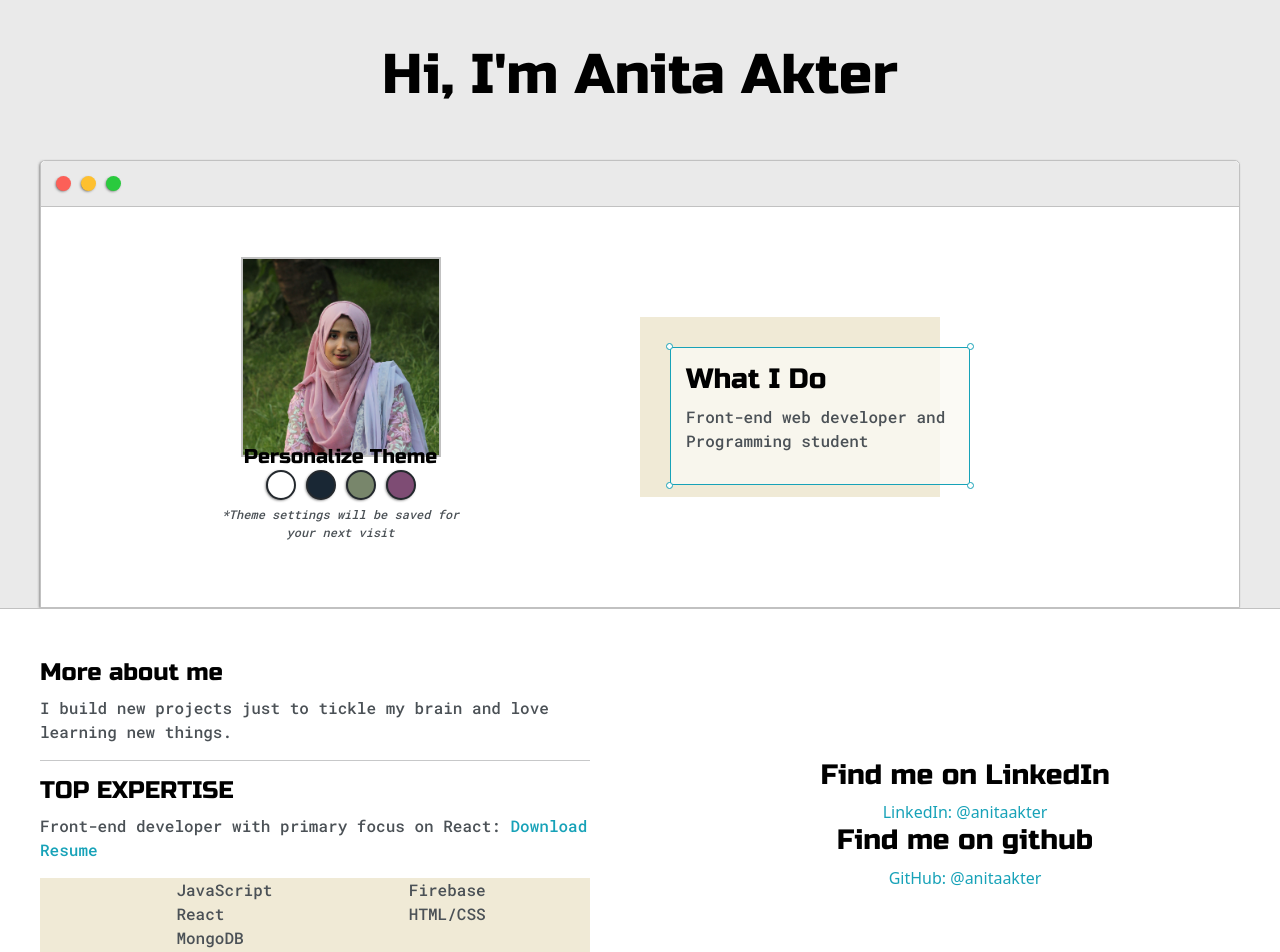
Repository: AnitaAkter/My_portfolio
Page: index.html
The author's editor kept a copy of each file at every save. The page is drawn from the files as they stood at one save, then again after the next save.
The browser window is 1280 px wide. The pictures show the part of the page from y = 0 to 952 px (the page is 2556 px tall).

Above is the page before, as saved 2022-12-10 13:35:54.

### index.html
<!DOCTYPE html>
<html>

<head>
	<title>Anita Akter</title>

	<meta name="viewport" content="width=device-width, initial-scale=1, maximum-scale=1, minimum-scale=1" />

	<link href="https://fonts.googleapis.com/css2?family=Russo+One&display=swap" rel="stylesheet">

	<link href="https://fonts.googleapis.com/css2?family=Roboto+Mono:wght@500&family=Russo+One&display=swap"
		rel="stylesheet">

	<link href="https://cdn.jsdelivr.net/npm/bootstrap@5.0.0-beta1/dist/css/bootstrap.min.css" rel="stylesheet"
		integrity="sha384-giJF6kkoqNQ00vy+HMDP7azOuL0xtbfIcaT9wjKHr8RbDVddVHyTfAAsrekwKmP1" crossorigin="anonymous">

	<link rel="stylesheet" type="text/css" href="default.css">

	<link id="theme-style" rel="stylesheet" type="text/css" href="">
</head>

<body>

	<!-- Landing section -->

	<section class="s1">
		<div class="main-container">
			<div class="greeting-wrapper">
				<h1>Hi, I'm Anita Akter</h1>
			</div>

			<div class="intro-wrapper">
				<div class="nav-wrapper">

					<!-- Link around dots-wrapper added after tutorial video -->

					<a href="index.html">
						<div class="dots-wrapper">
							<div id="dot-1" class="browser-dot"></div>
							<div id="dot-2" class="browser-dot"></div>
							<div id="dot-3" class="browser-dot"></div>
						</div>
					</a>


				</div>

				<div class="left-column">
					<img id="profile_pic" src="images/img-1.jpg">
					<h5 style="text-align: center;line-height: 0;">Personalize Theme</h5>

					<div id="theme-options-wrapper">
						<div data-mode="light" id="light-mode" class="theme-dot"></div>
						<div data-mode="blue" id="blue-mode" class="theme-dot"></div>
						<div data-mode="green" id="green-mode" class="theme-dot"></div>
						<div data-mode="purple" id="purple-mode" class="theme-dot"></div>
					</div>

					<p id="settings-note">*Theme settings will be saved for<br>your next visit</p>
				</div>

				<div class="right-column">

					<div id="preview-shadow">
						<div id="preview">
							<div id="corner-tl" class="corner"></div>
							<div id="corner-tr" class="corner"></div>
							<h3>What I Do</h3>
							<p>Front-end web developer and Programming student</p>
							<div id="corner-br" class="corner"></div>
							<div id="corner-bl" class="corner"></div>
						</div>
					</div>
				</div>
			</div>
		</div>
	</section>

	<!-- About me section -->

	<section class="s2">
		<div class="main-container" id="aboutme">

			<div class="about-wrapper">
				<div class="about-me">
					<h4>More about me</h4>

					<p>I build new projects just to tickle my brain and love learning new things.</p>


					<hr>

					<h4>TOP EXPERTISE</h4>

					<p>Front-end developer with primary focus on React: <a target="_blank"
							href="Anita Akter-Resume.pdf">Download Resume</a></p>

					<div id="skills">
						<ul>
							<li>JavaScript</li>
							<li>React</li>

							<li>MongoDB</li>
							<li>NodeJS</li>

						</ul>

						<ul>
							<li>Firebase</li>

							<li>HTML/CSS</li>

						</ul>

					</div>

				</div>

				<div class="social-links">
					<h3>Find me on LinkedIn</h3>
					<a target="_blank" href="https://www.linkedin.com/in/anita-02-akter/">LinkedIn: @anitaakter</a>
					<h3>Find me on github</h3>
					<a target="_blank" href="https://github.com/AnitaAkter">GitHub: @anitaakter</a>
				</div>
			</div>

		</div>
	</section>

	<!-- project portfolio section starts Here -->

	<section class="s1">
		<div class="main-container" id="portfolio">
			<br>
			<h3 style="text-align: center;">Project Portfolio</h3>
			<br>
			<div class="post-wrapper">

				<!-- Project: 1 -->

				<div>
					<div class="post">
						<img class="thumbnail" src="images/netflix-clone.gif">
						<div class="post-preview">
							<h6 class="post-title">Netflix Clone</h6>
							<p class="post-intro">Hobby project with ReactJS, Redux, TMDB API, Firebase with Stripe
								extension.</p>
							<div class="btn-group d-flex" role="group">
								<a target="_blank" href="https://github.com/tasmiarahmantanjin/Netflix_Clone"
									class="sourceCode-btn w-100">Source Code</a>
								<a target="_blank" href="https://netflix-clone-12de9.web.app/"
									class="sourceCode-btn w-100">Live Demo</a>
							</div>
						</div>
					</div>
				</div>

				<!-- Project: 2 -->

				<div>
					<div class="post">
						<img class="thumbnail" src="images/github_finder.jpg">
						<div class="post-preview">
							<h6 class="post-title">GitHub Finder</h6>
							<p class="post-intro">Hobby project to create small web app to search github user using
								React, GitHub API, HTML & CSS.
							</p>
							<div class="btn-group d-flex" role="group">
								<a target="_blank" href="https://github.com/tasmiarahmantanjin/github-finder"
									class="sourceCode-btn w-100">Source
									Code</a>
							</div>
						</div>
					</div>
				</div>

				<!-- Project: 3 -->

				<div>
					<div class="post">
						<img class="thumbnail" src="images/camagru.webp">
						<div class="post-preview">
							<h6 class="post-title">Camagru</h6>
							<p class="post-intro">Instagram like full stack web application using HTML, CSS, Bootstrap,
								JavaScript, MySql, PHP.</p>
							<div class="btn-group d-flex" role="group">
								<a target="_blank" href="https://github.com/tasmiarahmantanjin/camagru"
									class="sourceCode-btn w-100">Source
									Code</a>
							</div>
						</div>
					</div>
				</div>

				<!-- Project: 4 -->

				<div>
					<div class="post">
						<img class="thumbnail" src="images/panda.gif">
						<div class="post-preview">
							<h6 class="post-title">Panda Commerce</h6>
							<p class="post-intro">Hobby project to create simple e-commerce website design with HTML,
								CSS & Bootstrap.</p>
							<div class="btn-group d-flex" role="group">
								<a target="_blank" href="https://github.com/tasmiarahmantanjin/panda-commerce"
									class="sourceCode-btn w-100">Source
									Code</a>
								<a target="_blank" href="https://tasmiarahmantanjin.github.io/panda-commerce/"
									class="sourceCode-btn w-100">Live Demo</a>
							</div>
						</div>
					</div>
				</div>

				<!-- Project: 5 -->

				<div>
					<div class="post">
						<img class="thumbnail" src="images/fillit.gif">
						<div class="post-preview">
							<h6 class="post-title">Fillit</h6>
							<p class="post-intro">Algorithms Practice - Fit tetrimino pieces into the smallest square
								possible using C.</p>
							<div class="btn-group d-flex" role="group">
								<a target="_blank" href="https://github.com/tasmiarahmantanjin/fillit"
									class="sourceCode-btn w-100">Source
									Code</a>
							</div>
						</div>
					</div>
				</div>

				<!-- Project detail: 4 -->

				<!-- <div>
					<div class="post">
						<img class="thumbnail" src="images/libft.gif">
						<div class="post-preview">
							<h6 class="post-title">Libft</h6>
							<p class="post-intro">Recoded 60+ standard library function and my own functions which I can use for my later on Hive Helsinki Projects.</p>
							<a target="_blank" href="https://github.com/tasmiarahmantanjin/libft">Source Code</a>
						</div>
					</div>
				</div> -->

				<!-- Project detail: 5 -->

				<!-- <div>
					<div class="post">
						<img class="thumbnail" src="images/roger.gif">
						<div class="post-preview">
							<h6 class="post-title">Roger Skyline 1</h6>
							<p class="post-intro">In Roger-skyline-1, I learned how to host and set up my own web server, how to install and manage several services and secure them against attacks.
							</p>
							<a target="_blank" href="https://github.com/tasmiarahmantanjin/roger_skyline_1">Source Code</a>
						</div>
					</div>
				</div> -->

				<!-- Project detail: 6 -->

				<div>
					<div class="post">
						<img class="thumbnail" src="images/docker.gif">
						<div class="post-preview">
							<h6 class="post-title">Docker-1
							</h6>
							<p class="post-intro">The aim of the Docker-1 project was to make you handle docker and
								docker-machine and dockerfile.
							</p>
							<div class="btn-group d-flex" role="group">
								<a target="_blank" href="https://github.com/tasmiarahmantanjin/docker-1"
									class="btn sourceCode-btn w-100">Source
									Code</a>
							</div>
						</div>
					</div>
				</div>
			</div>
		</div>
	</section>

	<!-- Project details section ends here -->

	<section class="s2">
		<div class="main-container">
			<a href=""></a>
			<br>
			<h3 style="text-align: center;">Get In Touch</h3>
			<br>
			<form id="contact-form">
				<a name="contact"></a>

				<label>Name</label>
				<input class="input-field" type="text" name="name">

				<label>Subject</label>
				<input class="input-field" type="text" name="subject">

				<label>Email</label>
				<input class="input-field" type="text" name="email">

				<label>Message</label>
				<textarea class="input-field" name="message"></textarea>

				<input id="submit-btn" type="submit" value="Send">
			</form>
		</div>
	</section>

	<script type="text/javascript" src="script.js"></script>
</body>

</html>

### default.css
:root{
	--mainColor:#eaeaea;
	--secondaryColor:#fff;

	--borderColor:#c1c1c1;

	--mainText:black;
	--secondaryText:#4b5156;

	--themeDotBorder:#24292e;

	--previewBg:rgb(251, 249, 243, 0.8);
	--previewShadow:#f0ead6;


	--buttonColor:black;


}


html, body{
	padding: 0;
	margin: 0;
	scroll-behavior: smooth;
}

body *{
	transition: 0.3s;
}


h1, h2, h3, h4, h5, h6, strong{
	color: var(--mainText);
	font-family: 'Russo One', sans-serif;
	font-weight: 500;
}

p, li, span, label, input, textarea{
	color: var(--secondaryText);
	font-family: 'Roboto Mono', monospace;
}

a{
	text-decoration: none;
	color:#17a2b8;
}

ul{
	list-style: none;
}

h1 { font-size: 56px;}
h2 { font-size: 36px;}
h3 { font-size: 28px;}
h4 { font-size: 24px;}
h5 { font-size: 20px;}
h6 { font-size: 16px;}


.s1{
	background-color: var(--mainColor);
	border-bottom:1px solid var(--borderColor);
	overflow:auto;
}

.s2{
	background-color: var(--secondaryColor);
	border-bottom:1px solid var(--borderColor);
	overflow:auto;
}




.main-container{
	width: 1200px;
	margin: 0 auto;
}


.greeting-wrapper{
	display: grid;
	text-align: center;
	align-content: center;
	min-height: 10em;

}

.intro-wrapper{
	background-color: var(--secondaryColor);
	border:1px solid var(--borderColor);
	border-radius:5px 5px 0 0;


	-webkit-box-shadow: -1px 1px 3px -1px rgba(0,0,0,0.75);
	-moz-box-shadow: -1px 1px 3px -1px rgba(0,0,0,0.75);
	box-shadow: -1px 1px 3px -1px rgba(0,0,0,0.75);

	display: grid;
	grid-template-columns: 1fr 1fr;
	grid-template-areas:
		'nav-wrapper nav-wrapper'
		'left-column right-column'
	;
}


.nav-wrapper{
	border-radius:5px 5px 0 0;
	grid-area:nav-wrapper;
	border-bottom: 1px solid var(--borderColor);
	display: flex;
	justify-content: space-between;
	align-items: center;
	background-color: var(--mainColor);
}

#navigation a{
	color:var(--mainText);
}


#navigation{
	margin:0;
	padding: 10px;
}

#navigation li{
	display: inline-block;
	margin-right: 5px;
	margin-left:5px;
}

.dots-wrapper{
	display: flex;
	padding: 10px;
}

#dot-1{
	background-color:  #FC6058;
}

#dot-2{
	background-color:  #FEC02F;
}

#dot-3{
	background-color:  #2ACA3E;
}

.browser-dot{
	background-color: black;
	height: 15px;
	width: 15px;
	border-radius: 50%;
	margin: 5px;

	-webkit-box-shadow: -1px 1px 3px -1px rgba(0,0,0,0.75);
	-moz-box-shadow: -1px 1px 3px -1px rgba(0,0,0,0.75);
	box-shadow: -1px 1px 3px -1px rgba(0,0,0,0.75);

}


.left-column{
	grid-area: left-column;
	padding-top:50px;
	padding-bottom: 50px;
}

#profile_pic{
	display: block;
	margin:0 auto;

	height: 200px;
	width: 200px;
	object-fit: cover;
	border:2px solid var(--borderColor);
}


#theme-options-wrapper{
	display: flex;
	justify-content: center;
}

.theme-dot{
	height: 30px;
	width: 30px;
	background-color: black;
	border-radius: 50%;

	margin: 5px;
	border:2px solid var(--themeDotBorder);

	-webkit-box-shadow: -1px 1px 3px -1px rgba(0,0,0,0.75);
	-moz-box-shadow: -1px 1px 3px -1px rgba(0,0,0,0.75);
	box-shadow: -1px 1px 3px -1px rgba(0,0,0,0.75);

	cursor: pointer;
}


.theme-dot:hover{
	border-width: 5px;
}


#light-mode{
	background-color: #fff;
}

#blue-mode{
	background-color: #192734;
}

#green-mode{
	background-color: #78866b;
}

#purple-mode{
	background-color: #7E4C74;
}

#settings-note{
	font-size: 12px;
	font-style: italic;
	text-align: center;
}

.right-column{
	grid-area: right-column;
	display: grid;
	align-content: center;

	padding-top: 50px;
	padding-bottom: 50px;
}


#preview-shadow{
	background-color: var(--previewShadow);
	max-width: 300px;
	height: 180px;
	padding-left: 30px;
	padding-top: 30px;
}

#preview{
	width: 300px;
	border:1.5px solid #17a2b8;
	background-color: var(--previewBg);
	padding:15px;
	position: relative;
}

.corner{
	width:7px;
	height: 7px;
	border-radius: 50%;
	border:1.5px solid #17a2b8;
	background-color: #fff;
	position: absolute;
}

#corner-tl{
	top:-5px;
	left: -5px
}

#corner-tr{
	top:-5px;
	right: -5px
}


#corner-br{
	bottom:-5px;
	right: -5px
}


#corner-bl{
	bottom:-5px;
	left: -5px
}

.about-wrapper{
	display: grid;
	grid-template-columns: repeat(auto-fit, minmax(320px, 1fr));
	padding-bottom: 50px;
	padding-top: 50px;
	gap:100px;
}


#skills{
	display: flex;
	justify-content: space-evenly;
	background-color: var(--previewShadow);
}

.social-links{
	display: grid;
	align-content: center;
	text-align: center;
}

#social_img{
	width: 100%;
}


.post-wrapper{
	display: grid;
	grid-template-columns: repeat(auto-fit, 320px);
	gap:20px;
	justify-content: center;
	padding-bottom: 50px;
}

.post{
	border:1px solid var(--borderColor);
	-webkit-box-shadow: -2px 7px 21px -9px rgba(0,0,0,0.75);
	-moz-box-shadow: -2px 7px 21px -9px rgba(0,0,0,0.75);
	box-shadow: -2px 7px 21px -9px rgba(0,0,0,0.75);
}

.thumbnail{
	display: block;
	width: 100%;
	height:180px;
	object-fit: cover;
}

.post-preview{
	background-color: #fff;
	padding:15px;
}

.post-title{
	color:black;
	margin: 0;
}

.post-intro{
	color:#4b5156;
	font-size: 14px;
}


#contact-form{
	display: block;
	max-width: 600px;
	margin: 0 auto;
	border: 1px solid var(--borderColor);
	padding: 15px;
	border-radius: 5px;
	background-color: var(--mainColor);
	margin-bottom: 50px;

}

#contact-form label{
	line-height: 2.7em;
}

#contact-form textarea{
	min-height: 100px;
	font-size: 14px;
}


.input-field{
	width: 100%;
	padding-top: 10px;
	padding-bottom:10px;
	background-color: var(--secondaryColor);
	border-radius: 5px;
	border:1px solid var(--borderColor);
	font-size: 14px;
}


#submit-btn{
	margin-top: 10px;
	width: 100%;
	padding-top: 10px;
	padding-bottom:10px;
	color: #fff;
	background-color: var(--buttonColor);
	border:none;
}


@media screen and (max-width: 1200px){
	.main-container{
		width: 95%;
	}
}

@media screen and (max-width: 800px){
	.intro-wrapper{
		grid-template-columns: 1fr;
		grid-template-areas:
			'nav-wrapper'
			'left-column'
			'right-column'
		;
	}

	.right-column{
		justify-content: center;
	}

}

@media screen and (max-width: 400px){
	#preview-shadow{
		max-width: 280px;
		height: 180px;
		padding-left: 10px;
		padding-top: 10px;
	}

	#preview{
		width: 280px;

	}

}

.sourceCode-btn{
	width: 100%;
	padding-top: 8px;
	padding-bottom:8px;
	color: #fff;
	background-color: var(--buttonColor);
	border:none;
	text-align: center;
	border-radius: 5px;
	margin: 5px;
}

### script.js
console.log('Its working')

let theme = localStorage.getItem('theme')

if(theme == null){
	setTheme('light')
}else{
	setTheme(theme)
}

let themeDots = document.getElementsByClassName('theme-dot')


for (var i=0; themeDots.length > i; i++){
	themeDots[i].addEventListener('click', function(){
		let mode = this.dataset.mode
		console.log('Option clicked:', mode)
		setTheme(mode)
	})
}

function setTheme(mode){
	if(mode == 'light'){
		document.getElementById('theme-style').href = 'default.css'
	}

	if(mode == 'blue'){
		document.getElementById('theme-style').href = 'blue.css'
	}

	if(mode == 'green'){
		document.getElementById('theme-style').href = 'green.css'
	}

	if(mode == 'purple'){
		document.getElementById('theme-style').href = 'purple.css'
	}

	localStorage.setItem('theme', mode)
}

After the next save:
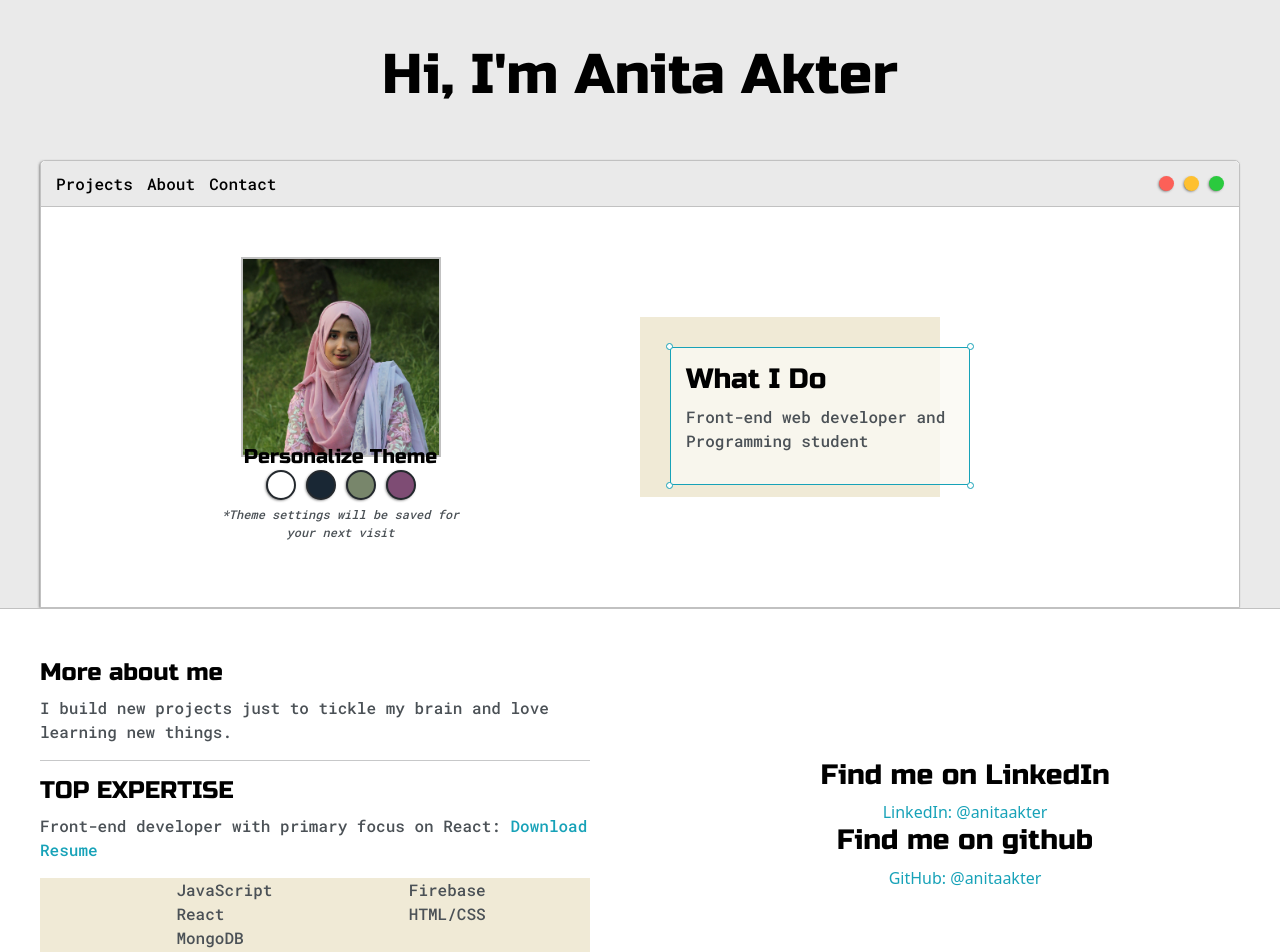
Saved 6 s later.
--- a/index.html
+++ b/index.html
@@ -33,7 +33,11 @@
 				<div class="nav-wrapper">
 
 					<!-- Link around dots-wrapper added after tutorial video -->
-
+					<ul id="navigation">
+						<li><a href="index.html#portfolio">Projects</a></li>
+						<li><a href="index.html#aboutme">About</a></li>
+						<li><a href="index.html#contact">Contact</a></li>
+					</ul>
 					<a href="index.html">
 						<div class="dots-wrapper">
 							<div id="dot-1" class="browser-dot"></div>
